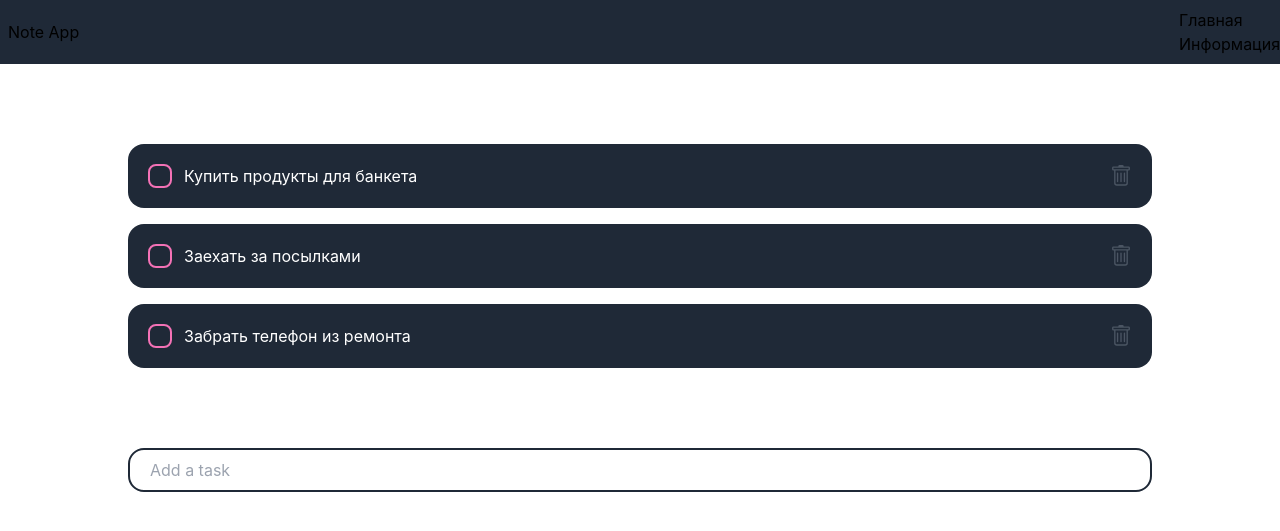
Repository: VachArt/react-exam-work
Page: /
These files come from the project's save history. The page is drawn as it stood at one moment and after the next save; the edit follows.
The browser window is 1280 px wide. The pictures show the whole page.
The project was rebuilt for these pictures with package versions that can differ from the ones it lists, and the page was loaded fresh each time. Also part of the build but not shown: src/components/pages/About/About.jsx.

Above is the page before, as saved 2022-04-27 23:23:54.

After the next save:
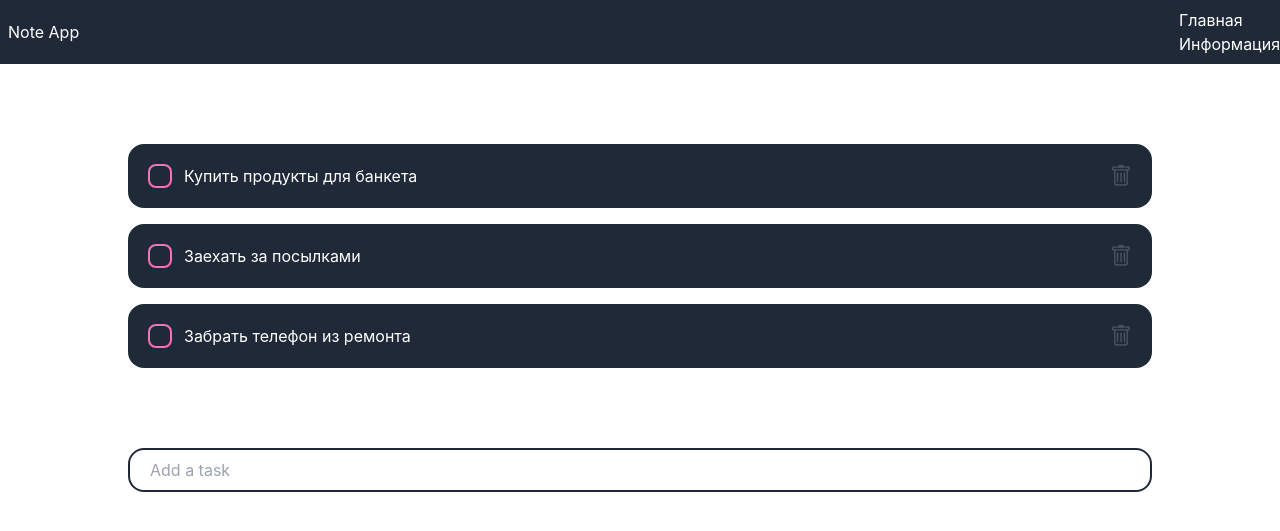
Saved 32 s later.
--- a/src/components/pages/Home/Navbar.jsx
+++ b/src/components/pages/Home/Navbar.jsx
@@ -2,7 +2,7 @@ import React from 'react'
 import {NavLink} from 'react-router-dom'
 
 export const Navbar = () => (
-    <nav className='bg-gray-800 flex items-center justify-between h-16'>
+    <nav className='bg-gray-800 flex items-center justify-between h-16 text-white'>
         <div className='navbar-brand p-2'>
             Note App
         </div>
